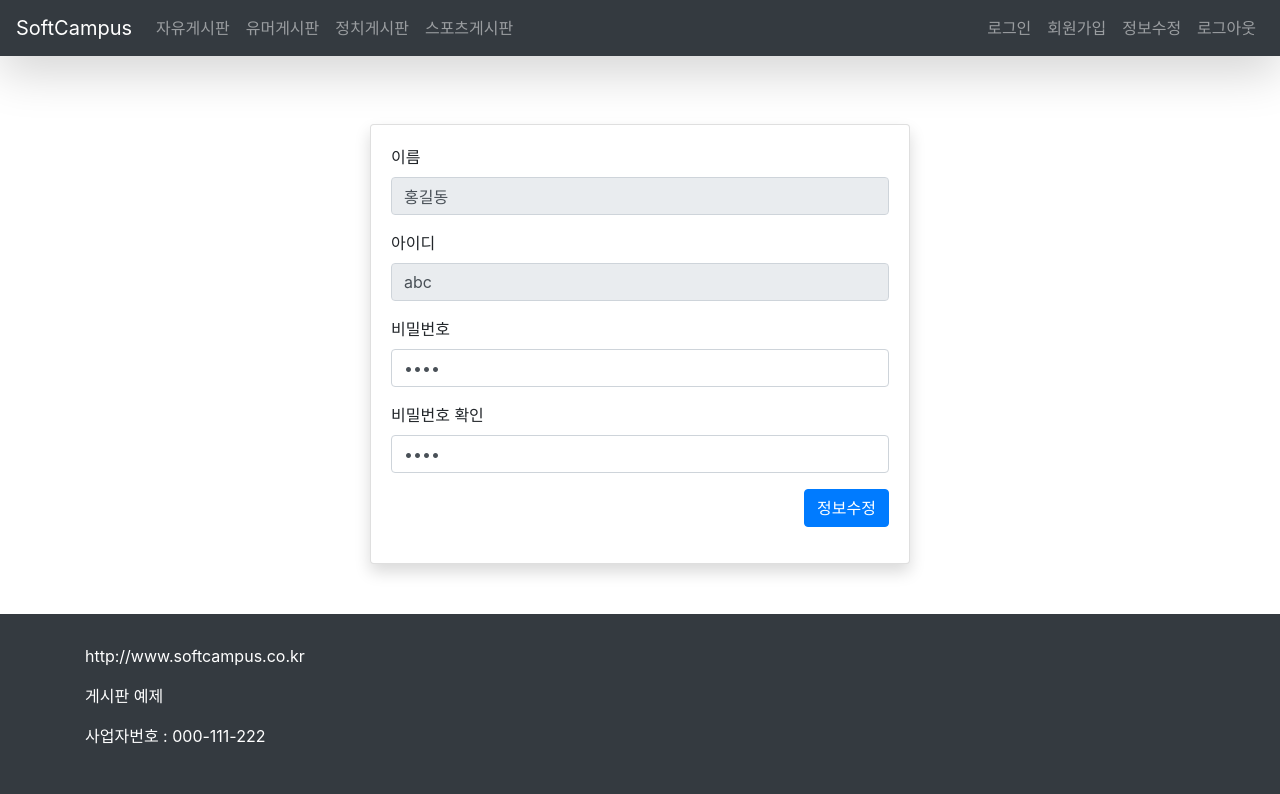
Repository: Wunhyeon/SpringMVC
Page: http://localhost/MiniProjectJava/WEB-INF/views/user/modify.jsp
These files come from the project's save history. The page is drawn as it stood at one moment and after the next save; the edit follows.
The browser window is 1280 px wide. The pictures show the whole page.
The page is served by Tomcat 9. Nobody is signed in. Other server files are loaded and not shown. The template is opened directly, without the code that normally fills it, so the values that code supplies are empty.

Above is the page before, as saved 2020-09-04 14:11:24.

### MiniProjectJava/WebContent/WEB-INF/views/user/modify.jsp
<%@ page language="java" contentType="text/html; charset=UTF-8"
    pageEncoding="UTF-8"%>
<%@taglib prefix="c" uri="http://java.sun.com/jsp/jstl/core"%>
<<c:url var="root" value="/"></c:url>
<!DOCTYPE html>
<html>
<head>
<meta charset="UTF-8">
<meta name="viewport" content="width=device-width, initial-scale=1">
<title>미니 프로젝트</title>
<!-- Bootstrap CDN -->
<link rel="stylesheet" href="https://maxcdn.bootstrapcdn.com/bootstrap/4.1.0/css/bootstrap.min.css">
<script src="https://ajax.googleapis.com/ajax/libs/jquery/3.3.1/jquery.min.js"></script>
<script src="https://cdnjs.cloudflare.com/ajax/libs/popper.js/1.14.0/umd/popper.min.js"></script>
<script src="https://maxcdn.bootstrapcdn.com/bootstrap/4.1.0/js/bootstrap.min.js"></script>

</head>
<body>

<!-- 상단 메뉴 부분 -->
<c:import url="/WEB-INF/views/include/top_menu.jsp"></c:import>

<div class="container" style="margin-top:100px">
	<div class="row">
		<div class="col-sm-3"></div>
		<div class="col-sm-6">
			<div class="card shadow">
				<div class="card-body">
					<form action="modify_user.html" method="post">
					<div class="form-group">
						<label for="user_name">이름</label>
						<input type="text" id="user_name" name="user_name" class="form-control" value="홍길동" disabled="disabled"/>
					</div>
					<div class="form-group">
						<label for="user_id">아이디</label>
						<input type="text" id="user_id" name="user_id" class="form-control" value="abc" disabled="disabled"/>
					</div>
					<div class="form-group">
						<label for="user_pw">비밀번호</label>
						<input type="password" id="user_pw" name="user_pw" class="form-control" value="1234"/>
					</div>
					<div class="form-group">
						<label for="user_pw2">비밀번호 확인</label>
						<input type="password" id="user_pw2" name="user_pw2" class="form-control" value="1234"/>
					</div>
					<div class="form-group">
						<div class="text-right">
							<button type="submit" class="btn btn-primary">정보수정</button>
						</div>
					</div>

					</form>
				</div>
			</div>
		</div>
		<div class="col-sm-3"></div>
	</div>
</div>

<c:import url="/WEB-INF/views/include/bottom_info.jsp"></c:import>

</body>
</html>

### MiniProjectJava/WebContent/WEB-INF/views/include/top_menu.jsp
<%@ page language="java" contentType="text/html; charset=UTF-8"
    pageEncoding="UTF-8"%>
<%@ taglib prefix="c" uri="http://java.sun.com/jsp/jstl/core"%>
<%-- <c:url var='root' value='/'></c:url> --%>
<c:set var="root" value="${pageContext.request.contextPath }/"></c:set>

<!-- 상단 메뉴 부분 -->
<nav class="navbar navbar-expand-md bg-dark navbar-dark fixed-top shadow-lg">
	<a class="navbar-brand" href="${root }main">SoftCampus</a>
	<button class="navbar-toggler" type="button" data-toggle="collapse"
	        data-target="#navMenu">
		<span class="navbar-toggler-icon"></span>
	</button>
	<div class="collapse navbar-collapse" id="navMenu">
		<ul class="navbar-nav">
			<li class="nav-item">
				<a href="${root }main" class="nav-link">자유게시판</a>
			</li>
			<li class="nav-item">
				<a href="${root }main" class="nav-link">유머게시판</a>
			</li>
			<li class="nav-item">
				<a href="${root }main" class="nav-link">정치게시판</a>
			</li>
			<li class="nav-item">
				<a href="${root }main" class="nav-link">스포츠게시판</a>
			</li>
		</ul>

		<ul class="navbar-nav ml-auto">
			<li class="nav-item">
				<a href="${root }user/login" class="nav-link">로그인</a>
			</li>
			<li class="nav-item">
				<a href="${root }user/join" class="nav-link">회원가입</a>
			</li>
			<li class="nav-item">
				<a href="${root }user/modify" class="nav-link">정보수정</a>
			</li>
			<li class="nav-item">
				<a href="${root }user/logout" class="nav-link">로그아웃</a>
			</li>
		</ul>
	</div>
</nav>

### MiniProjectJava/WebContent/WEB-INF/views/include/bottom_info.jsp
<%@ page language="java" contentType="text/html; charset=UTF-8"
    pageEncoding="UTF-8"%>
<div class="container-fluid bg-dark text-white" style="margin-top:50px;padding-top:30px;padding-bottom:30px">
	<div class="container">
		<p>http://www.softcampus.co.kr</p>
		<p>게시판 예제</p>
		<p>사업자번호 : 000-111-222</p>
	</div>
</div>

After the next save:
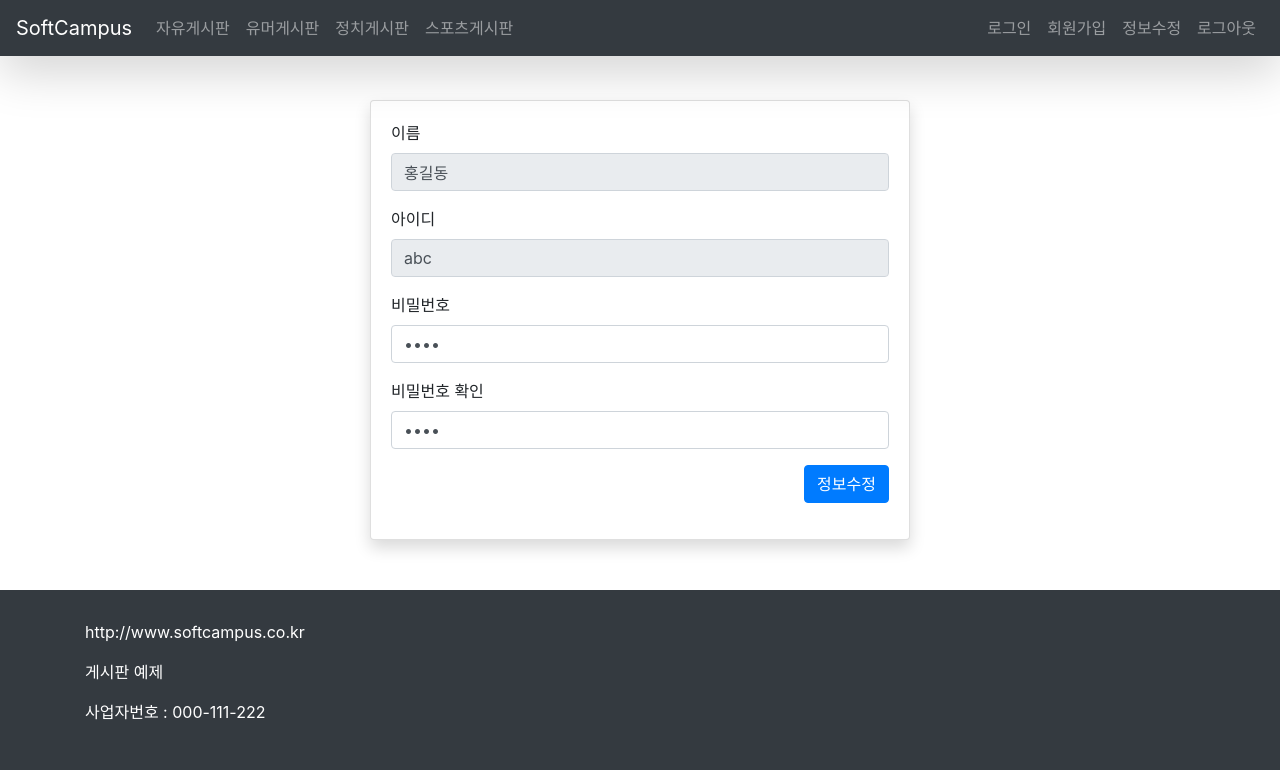
Saved 28 s later.
--- a/MiniProjectJava/WebContent/WEB-INF/views/user/modify.jsp
+++ b/MiniProjectJava/WebContent/WEB-INF/views/user/modify.jsp
@@ -1,7 +1,9 @@
 <%@ page language="java" contentType="text/html; charset=UTF-8"
     pageEncoding="UTF-8"%>
 <%@taglib prefix="c" uri="http://java.sun.com/jsp/jstl/core"%>
-<<c:url var="root" value="/"></c:url>
+<%-- <c:url var="root" value="/"></c:url> --%>
+<c:set var="root" value="${pageContext.request.contextPath }/"></c:set>
+
 <!DOCTYPE html>
 <html>
 <head>
